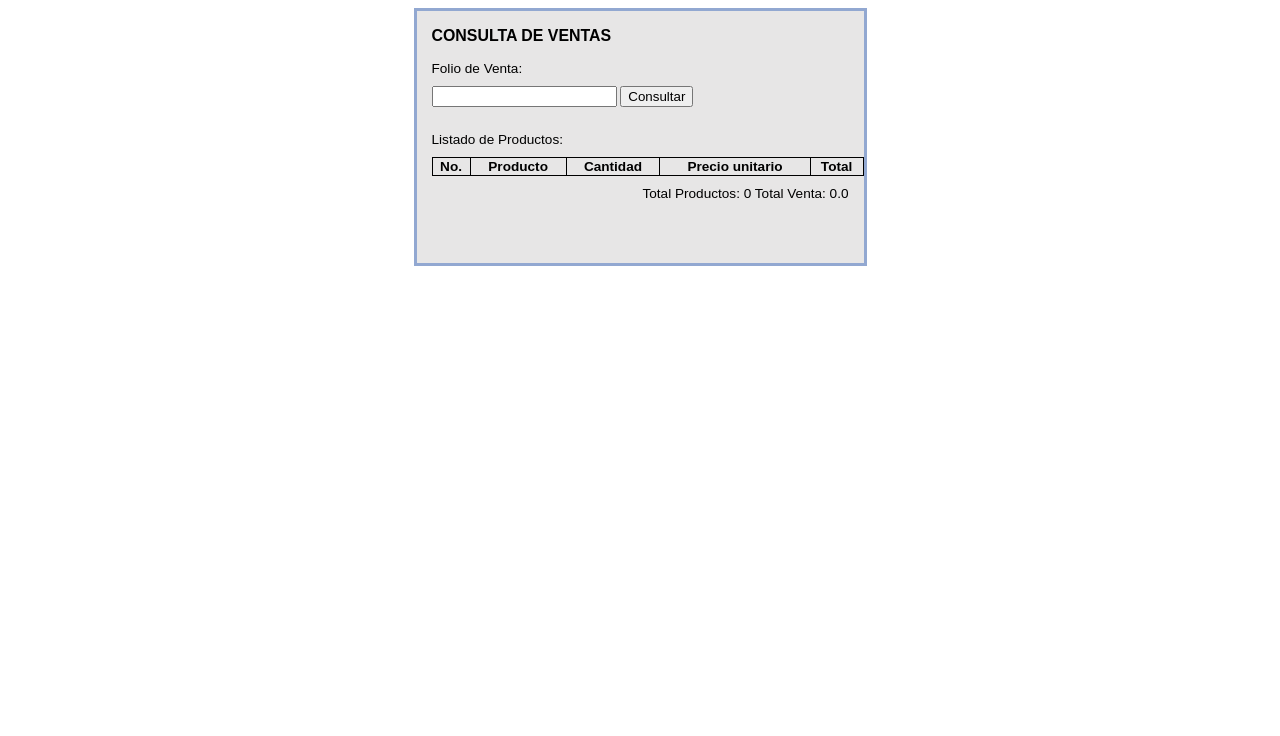
Repository: juanmondragonc/torre-project
Page: http://localhost/torre/sales
The author's editor kept a copy of each file at every save. The page is drawn from the files as they stood at one save, then again after the next save.
The browser window is 1280 px wide. The pictures show the whole page.
The page is served by Tomcat 9. The session is filled in as if someone had signed in: {"username": "testuser"}. Other server files are loaded and not shown. Queries for data that is not in the repository find no rows.

Above is the page before, as saved 2022-08-10 21:11:28.

### torre/src/main/webapp/index.jsp
<%@ taglib prefix="c" uri="http://java.sun.com/jsp/jstl/core" %>
<%@ page language="java" contentType="text/html; charset=UTF-8" pageEncoding="UTF-8"%>
<%
	if(session.getAttribute("username")==null){
		response.sendRedirect("login.jsp");
	}
%>

<!DOCTYPE html>
<html>
<head>
	<link rel="stylesheet" href="css/style.css">
</head>
<body>
	<div class="container">
		<div class="section-sale">
			<form method="get" action="sales">
			<h3>CONSULTA DE VENTAS</h3>
				<div class="form-group">
					<label>Folio de Venta:</label>
				</div>
				<div class="form-group">
					<input type="text" name="invoice" id="invoice" />
					<input type="submit" value="Consultar"/>
				</div>
			</form>
			<div class="table-group">
				<label>Listado de Productos:</label>
			</div>
			<div class="horizontal-scroll">
				<table>
				  <tr>
				    <th>No.</th>
				    <th>Producto</th>
				    <th>Cantidad</th>
				    <th>Precio unitario</th>
				    <th>Total</th>
				  </tr>
					<c:forEach var="product" items="${Products}">
						<tr>
							<td>${product.pos}</td>
							<td>${product.product}</td>
							<td>${product.quantity}</td>
							<td>${product.price}</td>
							<td>${product.quantity * product.price}</td>
						</tr>
				  	</c:forEach>
				</table>
			</div>

			<div class="total-group">
				<label>Total Productos: <c:out value="${Items}"/></label>
				<label>Total Venta: <c:out value="${Sale}"/></label>
			</div>
		</div>
	</div>
</body>
</html>

### torre/src/main/java/com/torre/sales/SalesServlet.java
package com.torre.sales;

import java.io.IOException;
import java.sql.Connection;
import java.sql.DriverManager;
import java.sql.PreparedStatement;
import java.sql.ResultSet;
import java.util.ArrayList;
import java.util.List;

import javax.servlet.ServletException;
import javax.servlet.annotation.WebServlet;
import javax.servlet.http.HttpServlet;
import javax.servlet.http.HttpServletRequest;
import javax.servlet.http.HttpServletResponse;

import com.torre.model.Invoice;

@WebServlet("/sales")
public class SalesServlet extends HttpServlet {
	private static final long serialVersionUID = 1L;

    /**
     * @see HttpServlet#HttpServlet()
     */
    public SalesServlet() {
        super();
        // TODO Auto-generated constructor stub
    }

	/**
	 * @see HttpServlet#doGet(HttpServletRequest request, HttpServletResponse response)
	 */
	protected void doGet(HttpServletRequest request, HttpServletResponse response) throws ServletException, IOException {
		String invoice = request.getParameter("invoice");
		try {
			Class.forName("com.mysql.cj.jdbc.Driver");
			Connection conn = DriverManager.getConnection("jdbc:mysql://localhost:3306/torre_project","root","");
			PreparedStatement query = conn.prepareStatement("SELECT * FROM tb_sales WHERE invoice = ?");
			query.setString(1, invoice);
			ResultSet result = query.executeQuery();
			List<Invoice> list = new ArrayList<>();
			int pos = 1;
			int items = 0;
			float sale = 0;
			while (result.next()) {
				Invoice inv = new Invoice();
				inv.setId(result.getInt(1));
				inv.setPos(pos++);
				inv.setInvoice(result.getInt(2));
				inv.setProduct(result.getString(3));
				inv.setQuantity(result.getInt(4));
				inv.setPrice(result.getFloat(5));
				list.add(inv);
				items = items + result.getInt(4);
				sale = sale + (result.getInt(4) * result.getFloat(5));
			}
			request.setAttribute("Products", list);
			request.setAttribute("Items", items);
			request.setAttribute("Sale", sale);
			request.getRequestDispatcher("index.jsp").forward(request, response);

		}catch (Exception e){
			e.printStackTrace();
		}
	}

	/**
	 * @see HttpServlet#doPost(HttpServletRequest request, HttpServletResponse response)
	 */
	protected void doPost(HttpServletRequest request, HttpServletResponse response) throws ServletException, IOException {
		// TODO Auto-generated method stub
		doGet(request, response);
	}

}

### torre/src/main/webapp/css/style.css
 body {
 	font-family: sans-serif;
 	font-size: 0.85em;
}
 .container {
 	height: 100vh;
 	width: auto;
 	justify-content: center;
 	display: flex;
 }
 table, th, td {
	border: 1px solid black;
	border-collapse: collapse;
}
table {
	width: 100%;
}
.horizontal-scroll {
	overflow: hidden;
	overflow-x: auto;
	clear: both;
	width: 100%;
}

.form-group {
 	position: relative;
 	margin-bottom: 10px;
	overflow: hidden;
}
.table-group {
	position: relative;
	margin-top: 25px;
	margin-bottom: 10px;
	overflow: hidden;
}
.total-group {
	position: relative;
	margin-top: 10px;
	overflow: hidden;
	align-items:right;
	text-align: right;
	padding-right: 15px;
}
.section-login{
	padding-left: 15px;
	width: 40vh;
	height:22vh;
	background-color: #e7e6e6;
	border-style: solid;
  	border-color: #92a8d1;
}
.section-sale{
	padding-left: 15px;
	width: 60vh;
	height:35vh;
	background-color: #e7e6e6;
	border-style: solid;
  	border-color: #92a8d1;
}
.col-25 {
	float: left;
	width: 25%;
}
.col-75 {
	float: left;
	width: 75%;
}
.center{
	align-items:center;
	text-align: center;
}

After the next save:
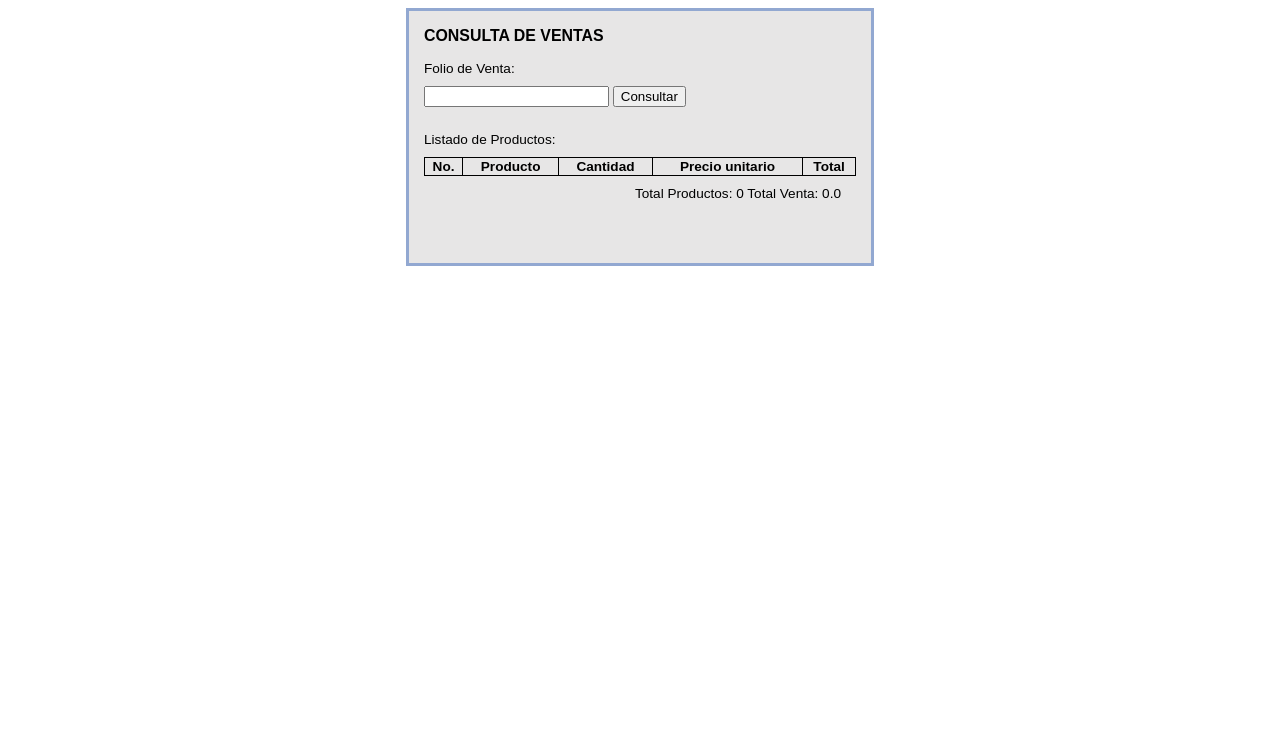
Saved 50 s later.
--- a/torre/src/main/webapp/css/style.css
+++ b/torre/src/main/webapp/css/style.css
@@ -51,6 +51,7 @@ table {
 }
 .section-sale{
 	padding-left: 15px;
+	padding-right: 15px;
 	width: 60vh;
 	height:35vh;
 	background-color: #e7e6e6;
